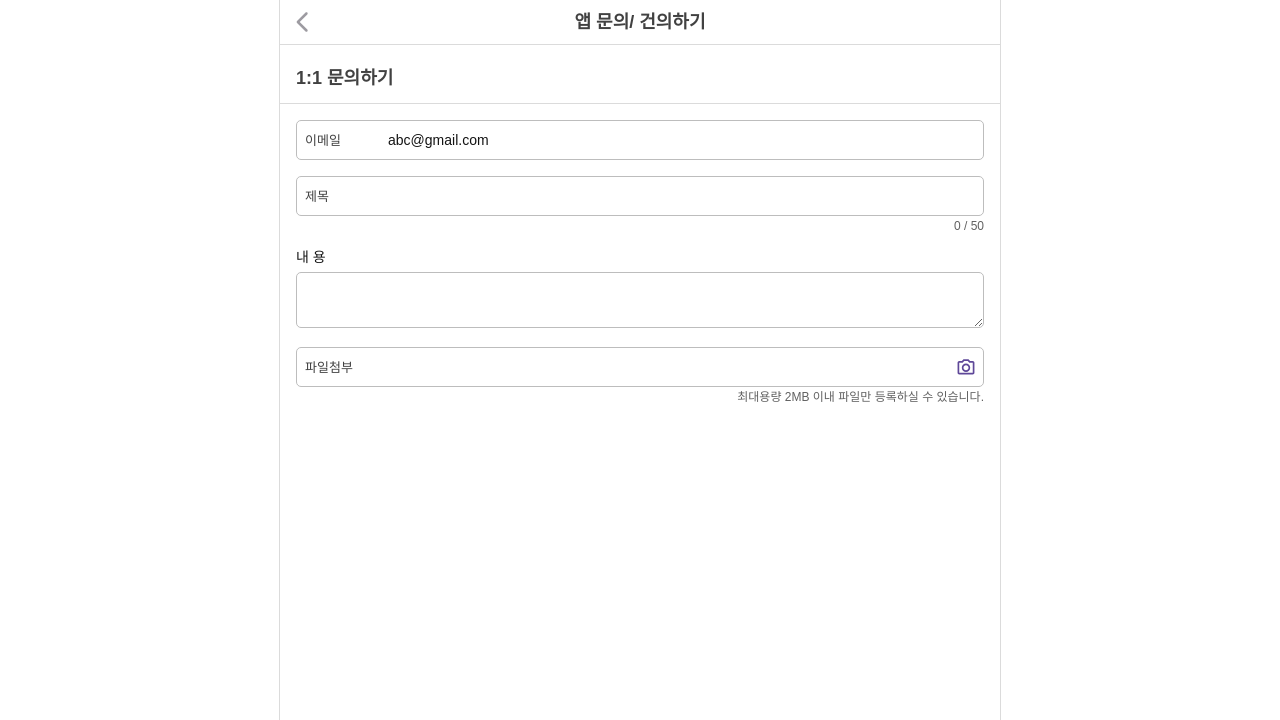
Repository: gosun1018/denguru
Page: my_complain_write.html
An editor plug-in stored every save of this project. The page is shown before and after the next save, followed by the edit.
The browser window is 1280 px wide. The pictures show the whole page.
Some web fonts or font styles are not loaded; a fallback is used. The style sheet was rebuilt from its Sass, Less or Tailwind sources for each picture, by a compiler version that may differ from the author's.

Above is the page before, as saved 2020-03-23 16:02:56.

### my_complain_write.html
<!DOCTYPE html>
<html lang="en">
<head>
    <meta charset="UTF-8">
    <meta name="viewport" content="width=device-width, initial-scale=1.0">
    <title>DENGURU:: 앱 문의/ 건의하기</title>
    <link rel="stylesheet" href="css/main.css">
</head>
<body>
    <div class="wrap">
        <header class="header03 header03_white">
            <h1 class="h_title">앱 문의/ 건의하기</h1>
            <div class="btn_box">
                <a href="javascript:history.back();" class="btn_goback btn_left">
                    <img src="images/icon-goback.svg" alt="이전페이지" class="icon">
                </a>
            </div>
        </header>

        <div class="main">
            <div class="pd_header03"></div>
            <div class="complain_container">
                <h2 class="title08">1:1 문의하기</h2>

                <div class="complain_write_container">
                    <form onsubmit="return false;">
                        <div class="inp_box04">
                            <div class="inp_txt_box">
                                <label for="complainEmail" class="lab_txt">이메일</label>
                                <input type="email" name="complainTitle" class="inp_txt js-input" id="complainEmail" value="abc@gmail.com" label="이메일" disabled>
                            </div>
                        </div>
                        <div class="inp_box04">
                            <div class="inp_txt_box">
                                <label for="complainTitle" class="lab_txt">제목</label>
                                <input type="text" name="complainTitle" class="inp_txt js-input" id="complainTitle" label="제목">
                            </div>
                            <div class="txt_right inp_message js-txt-limit">
                                0 / 50
                            </div>
                        </div>
                        <div class="inp_box02">
                            <div class="lab_box">
                                <label for="reviewTip" class="lab">내 용</label>
                            </div>
                            <div class="inp_box">
                                <textarea name="reviewTip" id="reviewTip" class="inp inp_textarea" onkeydown="resizeTextarea(this)" onkeyup="resizeTextarea(this)"></textarea>
                            </div>
                        </div>
                        <div class="inp_box04">
                            <div class="inp_txt_box">
                                <div class="lab_txt">파일첨부</div>
                                <div class="inp_txt"></div>
                                <input type="file" name="complainFile" class="inp_txt js-input" id="complainFile" hidden>
                                <label for="complainFile" class="btn btn_linkstyle">
                                    <img src="images/icon-camera-main.svg" alt="파일첨부 버튼" class="icon">
                                </label>
                            </div>
                            <div class="txt_right inp_message js-txt-limit">
                                최대용량 2MB 이내 파일만 등록하실 수 있습니다.
                            </div>
                        </div>
                    </form>
                </div>
            </div>
        </div>
    </div>
</body>
</html>

### css/scss/main.scss
@charset "utf-8";

//utils
@import "utils/variables";
@import "utils/mixins";
@import "utils/animations";

// base
@import "base/reset";
@import "base/layout";
@import "base/typography";

//modules
@import "modules/swipercustom";
@import "modules/form";
@import "modules/button";
@import "modules/popup";
@import "modules/popover";
@import "modules/toast";
@import "modules/pagination";

//component
@import "component/header";
@import "component/navigation";
@import "component/itemlist";
@import "component/reviewlist";
@import "component/taglist";
@import "component/postlist";
@import "component/postcontent";

//pages
@import "pages/mainpg";
@import "pages/search";
@import "pages/resister-pet";
@import "pages/review";
@import "pages/home-item-info";
@import "pages/gostore";
@import "pages/password-mail-complete";
@import "pages/storelist";
@import "pages/my-main";
@import "pages/my-notification";
@import "pages/members";
@import "pages/withdrawal";
@import "pages/order-history";
@import "pages/mycomplain";

### css/scss/utils/_mixins.scss
@mixin clearfix {
    &:after {
        content: '';
        display: block;
        clear: both;
    }
}

@mixin position-center($position) {
    position: $position;
    top: 50%;
    left: 50%;
    transform: translate(-50%, -50%);
}

@mixin one-line-ellipsis {
    white-space: nowrap;
    text-overflow: ellipsis;
    overflow: hidden;
}

@mixin multi-line-ellipsis ($line-height, $lines) {
    overflow: hidden;
    text-overflow: ellipsis;
    display: -webkit-box;
    -webkit-line-clamp: $lines;
    -webkit-box-orient: vertical;
    word-wrap: break-word;
    line-height: $line-height;
    height: $line-height * $lines * 1em;
}

@mixin circle ($box-size) {
    width: $box-size;
    height: $box-size;
    border-radius: $box-size / 2;
}

@mixin blind {
    position: absolute;
    overflow: hidden;
    clip: rect(0 0 0 0);
    margin: -1px;
    width: 1px;
    height: 1px;
}

@mixin layout-frame {
    width: 100%;
    max-width: 720px;
    min-width: 320px;
}

@mixin thumnail {
    position: relative;
    overflow: hidden;

    .img {
        position: absolute;
        top: 0;
        left: 0;
        width: 100%;
        height: 100%;
        object-fit: cover;
    }
}

@mixin thumnail-border($radius) {
    position: relative;

    &:after {
        content: '';
        position: absolute;
        top: 0;
        left: 0;
        width: 100%;
        height: 100%;
        box-sizing: border-box;
        border: 1px solid rgba($gray-2, 0.5);
        border-radius: $radius;
    }
}

@mixin btn-color-full($color) {
    background-color: $color;
    border: 1px solid $color;
}

### css/scss/utils/_animations.scss
@keyframes width-0-to-100 {
    from {
        width: 0;
    }

    to {
        width: 100%;
    }
}

### css/scss/base/_reset.scss
/* http://meyerweb.com/eric/tools/css/reset/
   v2.0 | 20110126
   License: none (public domain)
*/

html, body, div, span, applet, object, iframe, h1, h2, h3, h4, h5, h6, p, blockquote, pre, a, abbr, acronym, address, big, cite, code, del, dfn, em, img, ins, kbd, q, s, samp, small, strike, strong, sub, sup, tt, var, b, u, i, center, dl, dt, dd, ol, ul, li, fieldset, form, label, legend, table, caption, tbody, tfoot, thead, tr, th, td, article, aside, canvas, details, embed, figure, figcaption, footer, header, hgroup, menu, nav, output, ruby, section, summary, time, mark, audio, video {
    margin: 0;
    padding: 0;
    border: 0;
    font-size: 100%;
    font: inherit;
    vertical-align: baseline; }

  /* HTML5 display-role reset for older browsers */

  article, aside, details, figcaption, figure, footer, header, hgroup, menu, nav, section {
    display: block; }

  body {
    line-height: 1; }

  ol, ul {
    list-style: none; }

  blockquote, q {
    quotes: none; }

  blockquote {
    &:before, &:after {
      content: '';
      content: none; } }

  q {
    &:before, &:after {
      content: '';
      content: none; } }

  table {
    border-collapse: collapse;
    border-spacing: 0; }

  a {
    color: inherit;
    text-decoration: none;
  }
  :focus {
    outline-color: $main-color;
  }

### css/scss/base/_layout.scss
body {
    display: flex;
    min-height: 100vh;
    font-family: $base-font-family;
}
.blind {
    @include blind;
}
.clearfix {
    @include clearfix;
}
.wrap {
    display: flex;
    flex-direction: column;
    flex: 1;
    @include layout-frame;
    margin: 0 auto;
    background-color: $bg-gray-color;
}
@media screen and (min-width: 722px) {
    .wrap {
        border-right: $light-border;
        border-left: $light-border;
    }
}
.main {
    display: flex;
    flex-direction: column;
    min-height: 100vh;
}
.img_box {
    font-size: 0;

    .img {
        width: 100%;
        font-size: 12px;
    }
}
.vis_hidden {
    visibility: hidden;
}
.sect01 {
    padding: $layout-base-padding*3 0 0;
    margin-bottom: $layout-base-padding;
    background-color: $gray-0;

    .btn_box_bottom {
        margin-top: $layout-large-padding;
    }
    .btn_more {
        display: block;
        height: $layout-base-padding * 3;
        line-height: $layout-base-padding * 3;
        font-size: $base-font-size;
        border-top: $light-border;
        text-align: center;
        color: $main-font-color;
        font-weight: bold;

        .icon {
            width: 1.1em;
            vertical-align: middle;
        }
    }
}
.sect02 {
    padding: $layout-base-padding*3 0;
    margin-bottom: $layout-base-padding;
    background-color: $gray-0;

    .swiper-pagination {
        bottom: 0;
    }
    .items_wrap {
        padding-bottom: 10px;
    }
}
.sect03 {
    padding: $layout-small-padding;
    background-color: $gray-0;
}
.sect04 {
    margin-top: $layout-base-padding;
    background-color: $gray-0;
}
.sect05 {
    padding: $layout-large-padding 0;
    background-color: $gray-0;
}
.sect06 {
    padding: $layout-base-padding*2 0;
    background-color: $gray-0;
}
.sect_ad01 {
    font-size: 0;

    .bnr {
        width: 100%;
        font-size: 12px;
    }
}
.mt_head02 {
    margin-top: $layout-base-padding * 3.5;
}

### css/scss/modules/_swipercustom.scss
.swiper-pagination {

    .swiper-pagination-bullet {
        width: 10px;
        height: 10px;
    }
}
.swiper-container-horizontal>.swiper-pagination-bullets .swiper-pagination-bullet {
    margin: 0 $layout-small-padding;
}

.pagination_main {

    .swiper-pagination-bullet-active {
        background-color: $main-color;
    }
}
.swiper-pagination {font-size: 0;}

.items_wrap.swiper-container {
    padding: 0 $layout-base-padding 10px;
}

### css/scss/modules/_popover.scss
.popover_container {
    position: relative;
}
.popover {
    display: none;
    position: absolute;
    padding: 8px;
    border-radius: $base-border-radius;
    word-break: keep-all;
    font-size: $base-font-size;
    line-height: $base-line-height;
    box-shadow: 0 1px 4px rgba(0,0,0,0.15);

    &:before {
        content: '';
        position: absolute;
        display: block;
        width: 0;
        height: 0;
        border: 5px solid transparent;
    }
    &.show {
        display: block;
    }
}
.popover_main {
    background-color: $main-color;
    color: $gray-0;

    &.popover_right_top:before {
        border-bottom-color: $main-color;
    }
}
.popover_right_top{
    top: calc(100% + 5px);
    right: -3px;

    &:before {
        top: -10px;
        right: 5px;
    }
}

### css/scss/modules/_toast.scss
.toast_box {
    position: fixed;
    bottom: $gnb-bottom-height;
    left: $layout-base-padding;
    right: $layout-base-padding;
    display: flex;
    justify-content: center;
    align-items: center;
    padding: $layout-small-padding;
    min-height: 48px;
    box-sizing: border-box;
    background-color: rgba(0,0,0,0.85);
    color: #fff;
    font-size: $base-font-size;
    line-height: $base-line-height;
    text-align: center;
    word-break: keep-all;
    border-radius: $large-border-radius;
    overflow: hidden;
    visibility: hidden;
    opacity: 0;
    transition: opacity .5s, visibility .5s, transform .5s;
    z-index: 900;

    &.show {
        opacity: 1;
        visibility: visible;
        transform: translate(0, $layout-small-padding*-1);
    }
}

### css/scss/modules/_pagination.scss
.pagination01 {
    display: flex;
    justify-content: center;

    .page {
        height: 24px;
        min-width: 24px;
        padding: 0 3px;
        box-sizing: border-box;
        border-radius: 12px;
        margin: 0 4px;
        text-align: center;
        font-size: $base-font-size;
        line-height: 24px;
        color: $light-font-color;

        &.active {
            background-color: $main-color;
            color: $gray-0;
            font-weight: 900;
        }
        &.disabled {
            opacity: .5;
        }
    }
    .page_link {
        display: block;
        width: 100%;
        height: 100%;
    }
}

### css/scss/component/_taglist.scss
.tag_list01 {

    .tag_item {
        width: fit-content;
        float: left;

        .btn {
            margin: 0 4px;
        }
        &:first-child .btn {
            margin-left: $layout-base-padding;
        }
        &:last-child .btn {
            margin-right: $layout-base-padding;
        }

        &.active .btn {
            font-weight: bold;
            background-color: $secondary-color;
            border-color: $secondary-color;
        }
    }
}

### css/scss/component/_postlist.scss
.post_list_wrap {
    flex: 1;
    padding: $layout-small-padding 0 $layout-base-padding;
    background-color: $gray-0;

    .pagination01 {
        margin-top: $layout-base-padding * 2;
    }
}

.post_list01 {
    padding: 0 $layout-base-padding;

    .post_item {
        padding: $layout-base-padding 0;
        border-bottom: $light-border;
    }
    .post_date {
        margin-bottom: $layout-small-padding;
        font-size: $small-font-size;
        color: $light-font-color;
    }
    .post_title {
        font-size: $base-font-size;
        color: $bold-font-color;
        @include multi-line-ellipsis($base-line-height,2);
        height: auto;
        max-height: $base-line-height * 2em;

        .icon_new {
            height: 1em;
            vertical-align: middle;
        }
    }
}

### css/scss/component/_postcontent.scss
.post_content_wrap {
    flex: 1;
    display: flex;
    flex-direction: column;
}
.post_content_title_container {
    padding: $layout-base-padding;
    border-bottom: $light-border;

    .post_content_title {
        font-size: $large-font-size;
        line-height: $base-line-height;
        font-weight: bold;
        color: $base-font-color;
    }
    .post_content_date {
        margin-top: $layout-small-padding;
        font-size: $small-font-size;
        color: $light-font-color;
    }
}
.post_content_article {
    min-height: 200px;
    padding: $layout-large-padding $layout-base-padding;
    background-color: $gray-0;
    font-size: $mid-font-size;
    line-height: $mid-line-height;
    color: $base-font-color;
}
.post_content_link_container {
    flex: 1;
    padding: 0 $layout-base-padding;
    margin-top: $layout-base-padding;
    background-color: $gray-0;

    .post_content_link_box {
        margin-top: $layout-small-padding;
    }
    .post_content_link {
        display: flex;
        align-items: center;
    }
    .icon_box {
        width: 24px;
        height: 24px;

        .img {
            width: 100%;
            height: 100%;
        }
    }
    .post_page {
        margin: 0 $layout-small-padding;
        font-size: $mid-font-size;
        color: $base-font-color;
    }
    .post_title {
        font-size: $base-font-size;
        color: $bold-font-color;
        @include one-line-ellipsis;
    }

}

### css/scss/pages/_gostore.scss
.h_load_bar_box {
    display: none;
    width: 100%;
    height: 4px;
    background-color: $bg-gray-color;
    overflow: hidden;

    &.show {
        display: block;
    }

    .h_load_bar {
        width: 0;
        height: 100%;
        background-color: $main-color;
        border-radius: 0 2px 2px 0;
        animation: ease-in-out 5s forwards width-0-to-100;
    }
}

.load_gostore_container {
    display: none;
    flex: 1;
    box-sizing: border-box;
    flex-direction: column;
    background-color: $gray-0;

    &.show {
        display: flex;
    }

    .load_img_container {
        display: flex;
        flex: 7;
        justify-content: center;
        align-items: center;
    }
    .load_img_box {
        width: 140px;
        margin: 0 auto 22px;
    }
    .load_txt_box {
        text-align: center;

        .txt01 {
            font-size: 20px;
            color: $base-font-color;
            font-weight: 900;
        }
        .txt02 {
            margin-top: $layout-small-padding;
            font-size: $large-font-size;
            color: $base-font-color;
        }
        .emph {
            color: $main-font-color;
        }
    }
    .load_notice_container {
        display: flex;
        justify-content: center;
        align-items: center;
        flex: 3;
        background-color: $gray-1;
        text-align: center;
        font-size: $small-font-size;
        line-height: $base-line-height;
        color: $light-font-color;
    }
}
.page_store {
    display: none;
    flex: 1;
    overflow-y: auto;
    overflow-x: hidden;

    &.show {
        display: block;
    }
}

### css/scss/pages/_password-mail-complete.scss
.mail_complete_container {
    height: 100vh;
    display: flex;
    flex-direction: column;
    justify-content: center;
    align-items: center;
    background-color: $gray-0;

    .img_motion_box {
        width: 140px;
        margin: 0 auto;

        .img {
            width: 100%;
        }
    }
    .mail_complete_txt01 {
        margin-top: $layout-large-padding;
        text-align: center;
        font-size: 20px;
        line-height: $narrow-line-height;
        font-weight: 900;

        .emph {
            color: #8054ea;
        }
    }
    .mail_complete_txt02 {
        margin-top: 12px;
        text-align: center;
        font-size: $base-font-size;
        line-height: $base-line-height;
        color: $base-font-color;
    }
    .btn_box {
        margin-top: 60px;
        justify-content: center;
    }
    .btn_mail_success {
        width: 90px;
        height: 40px;
        font-size: $large-font-size;
        line-height: 40px;
    }
}

### css/scss/pages/_my-notification.scss
.notification_list_container {
    background-color: $gray-0;

    .notification_box {
        position: relative;
        padding: $layout-large-padding $layout-base-padding;

        &:not(:first-child):before {
            content: '';
            display: block;
            position: absolute;
            top: 0;
            left: $layout-base-padding;
            right: $layout-base-padding;
            height: 1px;
            background-color: $gray-1;
        }
    }
    .notification_new {
        background-color: $bg-gray-color;
    }
    .notification_link {
        display: flex;
    }
    .icon_box {
        flex-shrink: 0;
        width: 24px;
        height: 24px;
        margin-right: $layout-base-padding;
    }
    .notification_content {
        flex: 1;
    }
    .notification_title {
        font-size: $base-font-size;
        color: $bold-font-color;
        line-height: $base-line-height;
    }
    .notification_date {
        margin-top: 4px;
        font-size: $small-font-size;
        color: $light-font-color;
    }
    .notification_img {
        margin-top: $layout-base-padding;
    }
}

### css/scss/pages/_withdrawal.scss
.withdrawal_title_container {
    padding: $layout-base-padding*2 $layout-base-padding;
    background-color: $gray-0;

    .img_box {
        height: 64px;

        .img {
            height: 100%;
            object-fit: contain;
        }
    }
    .withdrawal_title {
        margin-top: $layout-base-padding;
        font-size: $title-font-size;
        font-weight: bold;
        color: $bold-font-color;
    }
}
.withdrawal_info_container {
    padding: $layout-large-padding 0;

    .withdrawal_item_num {
        font-weight: bold;
        color: $main-font-color;
    }
    .title07 {
        margin: 0 $layout-base-padding;
    }
}
.withdrawal_item_box {
    margin-bottom: $layout-large-padding;

    .withdrawal_item_list_container {
        margin-top: $layout-small-padding;
    }
    .thumb_box {
        width: 56px;
        height: 56px;
        overflow: hidden;
        border-radius: $base-border-radius;
        @include thumnail;
    }
    .withdrawal_item_bnr {
        margin: $layout-base-padding $layout-base-padding 0;
    }
}
.withdrawal_notice_box {
    padding: 0 $layout-base-padding;

    .withdrawal_notice {
        margin-top: $layout-small-padding;
        font-size: $small-font-size;
        color: $base-font-color;
        line-height: $base-line-height;
    }
}
.withdrawal_btn_container {
    flex: 1;
    padding: $layout-large-padding $layout-base-padding;
    background-color: $gray-0;

    .btn_box {
        margin-top: $layout-large-padding;
    }
}

### css/scss/pages/_mycomplain.scss
.complain_container{
    flex: 1;
    background-color: $gray-0;
    padding: $layout-large-padding 0;

    .title08 {
        margin: 0 $layout-base-padding $layout-base-padding;
    }
}
.complain_announce_container {
    padding: $layout-base-padding;
    border-top: $light-border;
    border-bottom: $light-border;

    .complain_announce_txt {
        margin-top: 12px;
        font-size: $base-font-size;
        color: $base-font-color;
        line-height: $base-line-height;
    }
    .btn_box {
        margin-top: $layout-base-padding;
    }
}
.complain_list_container {

    .complain_box {
        border-bottom: $light-border;
    }
    .complain_title_box {
        display: flex;
        align-items: flex-start;
        padding: $layout-base-padding;
    }
    .complain_title_txt_box {
        flex: 1;
        margin-right: 4px;
    }
    .complain_title {
        font-size: $base-font-size;
        line-height: $mid-line-height;
        color: $bold-font-color;

        .tag {
            flex-shrink: 0;
            width: 64px;
            height: 21px;
            margin-right: 4px;
            box-sizing: border-box;
            text-align: center;
            line-height: 19px;
            display: inline-block;
            vertical-align: middle;
            font-size: $small-font-size;

            &_wait {
                border: $light-border;
                color: $base-font-color;
            }
            &_hasreply {
                border: $main-border;
                color: $main-font-color;
            }
        }
    }
    .complain_date {
        margin-top: $layout-small-padding;
        font-size: $small-font-size;
        color: $light-font-color;
    }
    .btn_accordion {
        margin-top: 6px;
        width: 24px;
        height: 24px;
        transition: transform .2s;

        &.up {
            transform: rotate(-180deg);
        }
    }
    .complain_content_box {
        display: none;
    }
    .complain_content {
        margin: 0 $layout-base-padding;
        padding: $layout-base-padding 0;
        border-top: $light-border;
        font-size: $mid-font-size;
        color: $base-font-color;
        line-height: $base-line-height;
    }
    .complain_reply_box {
        display: flex;
        align-items: flex-start;
        padding: $layout-base-padding;
        background-color: $bg-gray-color;
        font-size: $mid-font-size;
        color: $base-font-color;
        line-height: $base-line-height;

        .icon {
            width: 16px;
            height: 16px;
            margin-right: $layout-small-padding;
        }
    }
    .noreview_message_container {
        min-height: 220px;
    }
}
.complain_write_container {
    padding: 0 $layout-base-padding;
    border-top: $light-border;

    .inp_box04 {
        margin: $layout-base-padding 0;
    }
}

Loaded but not shown: images/icon-camera-main.svg (9 lines, source omitted); css/scss/component/_reviewlist.scss (472 lines, source omitted); css/scss/modules/_form.scss (411 lines, source omitted); css/scss/pages/_review.scss (397 lines, source omitted); css/scss/pages/_search.scss (393 lines, source omitted); css/scss/component/_header.scss (401 lines, source omitted); css/scss/component/_itemlist.scss (212 lines, source omitted); css/scss/modules/_popup.scss (207 lines, source omitted); css/scss/pages/_home-item-info.scss (180 lines, source omitted); css/scss/pages/_my-main.scss (173 lines, source omitted); css/scss/pages/_storelist.scss (163 lines, source omitted); css/scss/pages/_order-history.scss (143 lines, source omitted); css/scss/modules/_button.scss (175 lines, source omitted); css/scss/component/_navigation.scss (140 lines, source omitted); css/scss/pages/_mainpg.scss (124 lines, source omitted); css/scss/pages/_resister-pet.scss (116 lines, source omitted); css/scss/pages/_members.scss (106 lines, source omitted); css/scss/base/_typography.scss (109 lines, source omitted); css/scss/utils/_variables.scss (79 lines, source omitted)

After the next save:
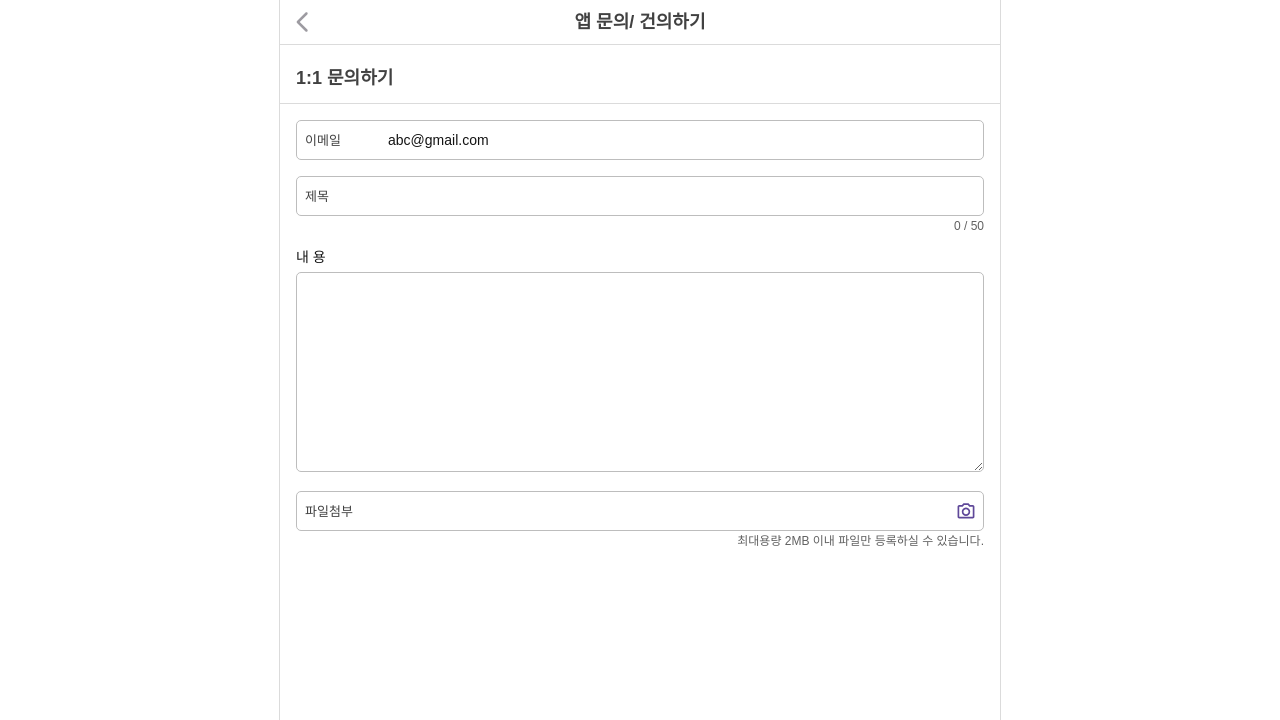
Saved 87 s later.
--- a/css/scss/pages/_mycomplain.scss
+++ b/css/scss/pages/_mycomplain.scss
@@ -115,4 +115,7 @@
     .inp_box04 {
         margin: $layout-base-padding 0;
     }
+    .inp_textarea {
+        min-height: 200px;
+    }
 }
